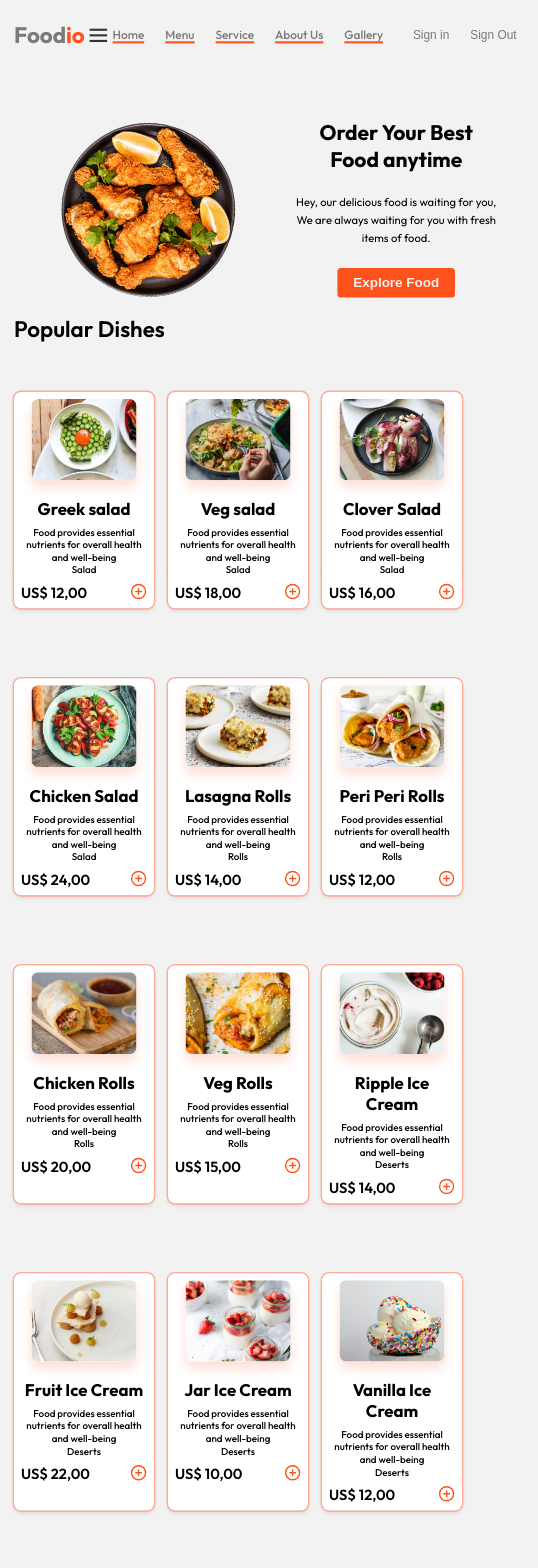
Repository: guilhermecardoso93/foodio
Page: /
An editor plug-in stored every save of this project. The page is shown before and after a run of saves, followed by the edit.
The browser window is 768 px wide. The pictures show the part of the page from y = 0 to 2240 px (the page is 5166 px tall before and 7544 px after), at 70% of full size.
The project was rebuilt for these pictures with package versions that can differ from the ones it lists, and the page was loaded fresh each time. Also part of the build but not shown: vite.config.js, src/index.css.

Above is the page before, as saved 2024-11-05 20:40:37.

After the next 2 saves:
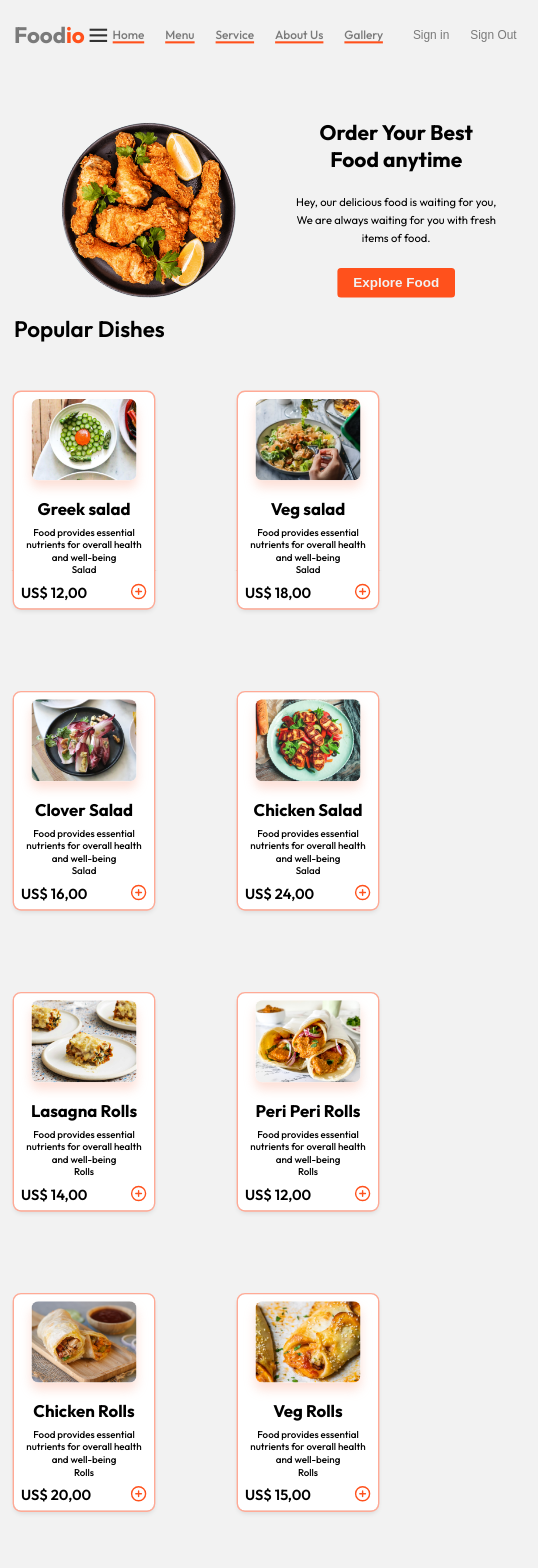
The 2 saves are shown as one change because they came seconds apart.
The last was saved 25 s later.
--- a/src/components/Menu/styles.css
+++ b/src/components/Menu/styles.css
@@ -133,4 +133,8 @@ input {
   .category .list-items {
     width: 100%;
   }
+
+  .category .list-items .card-list {
+    gap: 120px;
+  }
 }
